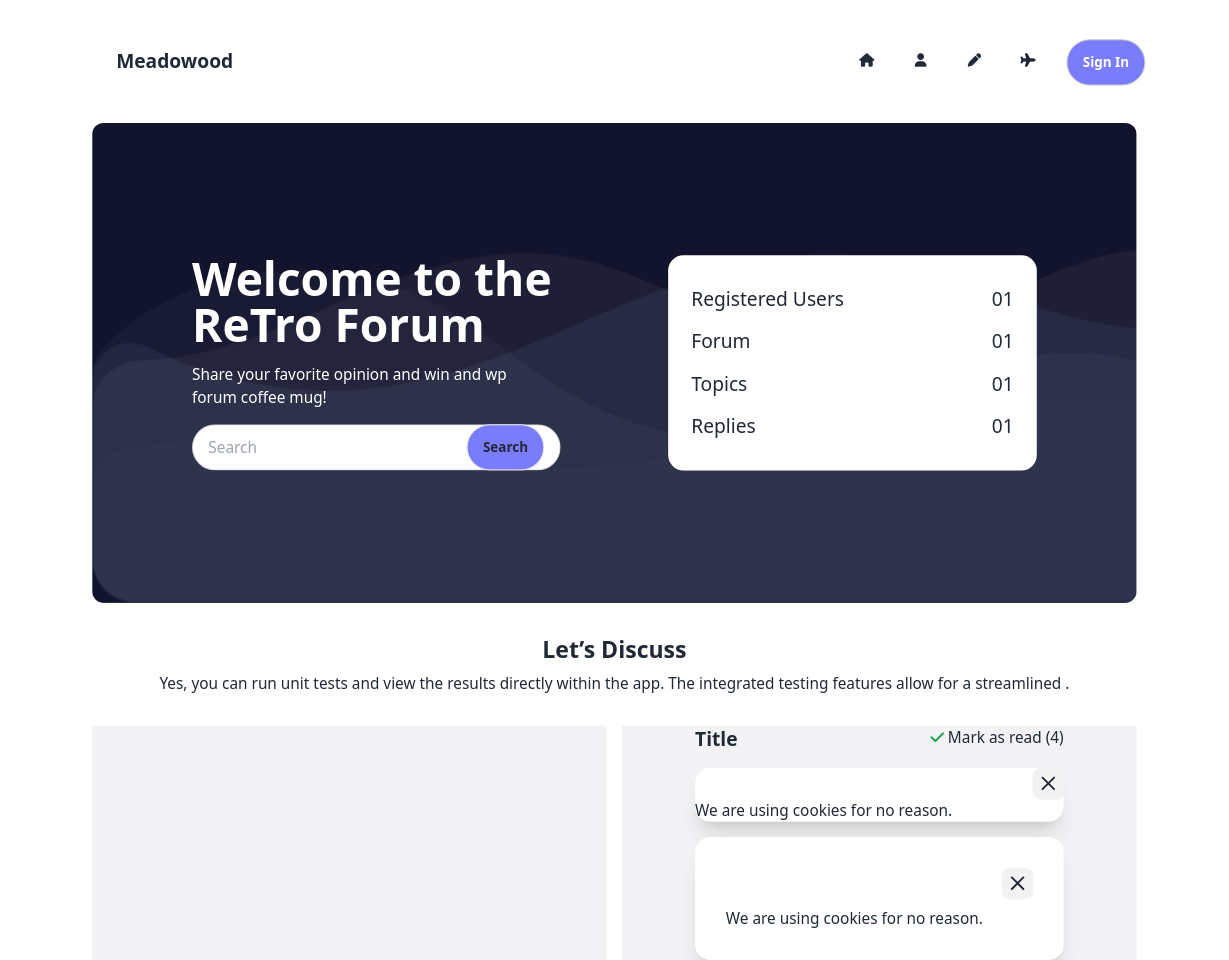
Repository: RudrasahaDibos/Meadowood-Forum
Page: index.html
These files come from the project's save history. The page is drawn as it stood at one moment and after the next save; the edit follows.
The browser window is 1280 px wide. The pictures show the whole page, at 96% of full size.
The page's requests for data from a server got no answer. Some web libraries are served in a nearby version.

Above is the page before, as saved 2024-11-24 22:32:41.

### index.html
<!DOCTYPE html>
<html lang="en">
    <head>
        <meta charset="UTF-8">
        <meta name="viewport" content="width=device-width, initial-scale=1.0">
        <title>Meadowood Forum</title>

        <!-- tailwind  -->
        <link
            href="https://cdn.jsdelivr.net/npm/daisyui@4.12.14/dist/full.min.css"
            rel="stylesheet" type="text/css" />
        <script src="https://cdn.tailwindcss.com"></script>

        <!-- font awesome  -->
        <link rel="stylesheet"
            href="https://cdnjs.cloudflare.com/ajax/libs/font-awesome/6.7.1/css/all.min.css"
            integrity="sha512-5Hs3dF2AEPkpNAR7UiOHba+lRSJNeM2ECkwxUIxC1Q/FLycGTbNapWXB4tP889k5T5Ju8fs4b1P5z/iB4nMfSQ=="
            crossorigin="anonymous" referrerpolicy="no-referrer" />

    </head>
    <body class="container mx-auto lg:px-24 px-8">
        <!-- header is start here  -->
        <header class="mt-8">
            <!-- navbar is start here  -->
            <div class="navbar bg-base-100">
                <div class="flex-1">
                    <a class="btn btn-ghost text-xl">Meadowood</a>
                </div>
                <div class="flex-none">
                    <div class="dropdown dropdown-end mr-6">
                        <div role="button"
                            class="btn btn-ghost btn-circle flex w-full  ">
                            <div
                                class="indicator rounded-full border-1 h-8 w-8 mr-4 tooltip"
                                data-tip="home">
                                <i
                                    class="fa-solid fa-house h-5 w-5 mx-auto mt-2"></i>
                            </div>
                            <div
                                class="indicator rounded-full border-1 h-8 w-8 mr-4 tooltip"
                                data-tip="User">
                                <i
                                    class="fa-solid fa-user h-5 w-5 mx-auto mt-2"></i>
                            </div>
                            <div
                                class="indicator rounded-full border-1 h-8 w-8 mr-4 tooltip"
                                data-tip="pen">
                                <i
                                    class="fa-solid fa-pen h-5 w-5 mx-auto mt-2"></i>
                            </div>
                            <div
                                class="indicator rounded-full border-1 h-8 w-8 mr-4 tooltip"
                                data-tip="flight">
                                <i
                                    class="fa-solid fa-plane h-5 w-5 mx-auto mt-2"></i>
                            </div>
                        </div>

                    </div>
                    <div class="dropdown dropdown-end">
                        <div tabindex="0" role="button"
                            class="btn btn-ghost btn-circle avatar">

                            <button
                                class="btn btn-active bg-[#797DFC] text-white rounded-full ">Sign
                                In</button>

                        </div>
                        <ul
                            tabindex="0"
                            class="menu menu-sm dropdown-content bg-base-100 rounded-box z-[1] mt-3 w-52 p-2 shadow">
                            <li>
                                <a class="justify-between">
                                    Profile
                                    <span class="badge">New</span>
                                </a>
                            </li>
                            <li><a>Settings</a></li>
                            <li><a>Logout</a></li>
                        </ul>
                    </div>
                </div>
            </div>
            <!-- navbar is  end here  -->

            <!-- bannner start here  -->
            <div
                class="lg:w-full w-[450px] relative bg-no-repeat bg-cover h-[500px] z-0 rounded-xl overflow-hidden mt-8 bg-[#12132D]"
                style="background-image: url('/images/bgbanner.png');">
                <div
                    class="relative top-0 left-0 w-full h-full z-10  flex lg:flex-row flex-col justify-center items-center gap-28 ">

                    <div class="lg:space-y-4 space-y-2 lg:mt-0 mt-20">
                        <h2
                            class="lg:text-5xl text-xl font-extrabold font-manrope text-white">Welcome
                            to the <br> ReTro Forum</h2>
                        <p class="text-white">Share your favorite opinion and
                            win and wp <br> forum coffee mug!</p>
                        <label
                            class="input input-bordered flex items-center gap-2 w-96 rounded-full">
                            <input type="text" class="grow"
                                placeholder="Search" />
                            <button
                                class="btn bg-[#797DFC] rounded-full">Search</button>
                        </label>
                    </div>

                    <div
                        class="menu bg-[#FFFFFF] rounded-box w-96 h-56 lg:mb-0 mb-20">
                        <div class="p-4 space-y-4 mt-2 ">

                            <div class="flex justify-between"><a
                                    class="text-xl ">Registered Users</a><a
                                    class="text-xl ">01</a></div>
                            <div class="flex justify-between"><a
                                    class="text-xl ">Forum</a><a
                                    class="text-xl">01</a></div>
                            <div class="flex justify-between"><a
                                    class="text-xl ">Topics</a><a
                                    class="text-xl">01</a></div>
                            <div class="flex justify-between"><a
                                    class="text-xl ">Replies</a><a
                                    class="text-xl ">01</a></div>
                        </div>
                    </div>

                </div>
            </div>
            <!-- bannner end here  -->

        </header>
        <!-- header is end here  -->

        <!-- main is start here  -->
        <main class="">
            <!-- Let’s Discuss  starts here  -->
           <div class="ml-4 lg:ml-0">
            <h1 class="text-2xl text-center font-semibold mt-8">Let’s Discuss</h1>
            <p class="text-center mx-auto mt-2 ">Yes, you can run unit tests and view the results directly within
                the app. The integrated testing features allow for a streamlined
                .</p>
           </div>
            <!-- Let’s Discuss start here -->
            <section class="mt-8">
                <!-- card start here -->
                    <div class="flex gap-4 flex-col lg:flex-row  ">
                        <div  id="card-conatiner" class="space-y-4 bg-[#F3F3F5] lg:w-full  w-[450px]  ">


                        </div>

                        <!-- card ends here -->

                        <div class="space-y-4 bg-[#F3F3F5] lg:w-full w-96 flex flex-col  items-center ">
                             <div class="flex gap-4 justify-between w-96">
                                <p class="text-xl font-bold">Title</p>
                                <p><i class="fa-solid fa-check text-green-600"></i> Mark as read (4)</p>
                             </div>
                            <div id="secondcard-container" class="card bg-base-100 w-96 shadow-xl mt-4">

                                  <div class="card-actions justify-end">
                                    <button class="btn btn-square btn-sm">
                                      <svg
                                        xmlns="http://www.w3.org/2000/svg"
                                        class="h-6 w-6"
                                        fill="none"
                                        viewBox="0 0 24 24"
                                        stroke="currentColor">
                                        <path
                                          stroke-linecap="round"
                                          stroke-linejoin="round"
                                          stroke-width="2"
                                          d="M6 18L18 6M6 6l12 12" />
                                      </svg>
                                    </button>
                                  </div>
                                  <p>We are using cookies for no reason.</p>

                              </div>


                              <div class="card bg-base-100 w-96 shadow-xl">
                                <div class="card-body">
                                  <div class="card-actions justify-end">
                                    <button class="btn btn-square btn-sm">
                                      <svg
                                        xmlns="http://www.w3.org/2000/svg"
                                        class="h-6 w-6"
                                        fill="none"
                                        viewBox="0 0 24 24"
                                        stroke="currentColor">
                                        <path
                                          stroke-linecap="round"
                                          stroke-linejoin="round"
                                          stroke-width="2"
                                          d="M6 18L18 6M6 6l12 12" />
                                      </svg>
                                    </button>
                                  </div>
                                  <p>We are using cookies for no reason.</p>
                                </div>
                              </div>
                        </div>
                    </div>
                    <!-- card end here -->
            </section>




        </main>
        <!-- main is end here  -->

        <!-- footer is start here  -->

        <!-- footer is end here  -->
         <script src="app.js"></script>
    </body>
</html>

### app.js
const loadforum = async() =>{
    const res = await fetch('https://openapi.programming-hero.com/api/retro-forum/posts')
    const data =await res.json()
    const CardContainer = document.getElementById('card-conatiner')

    data.posts.forEach(items => {
         const div = document.createElement('div')
         div.classList = `card card-side bg-base-100 shadow-xl`
         div.innerHTML =`
         <div class="avatar indicator">
                                        <span class="indicator-item ml-16 mt-4  indicator-start badge badge-secondary">${items.isActive}</span>
                                        <div class="lg:h-20 lg:ml-2 lg:mt-3 lg:w-full lg:mx-auto lg:rounded-3xl rounded-full h-20 ">
                                          <img
                                            alt="Tailwind CSS examples"
                                            src="${items.image}" />
                                        </div>
                                      </div>

                                <div class="card-body">
                                    <div class="flex justify-between">
                                        <p>#${items.category}</p>
                                        <p>Author : ${items.author.name}</p>
                                    </div>
                                  <h2 class="card-title">${items.title}</h2>
                                  <p>${items.description}</p>
                                   <p class="border-2 border-dotted "></p>
                                    <div class="flex justify-between">
                                        <div class="flex gap-4 ">
                                       <p class="flex justify-center items-center gap-2"><i class="fa-regular fa-message"></i>${items.comment_count}</p>
                                        <p class="flex justify-center items-center gap-2"><i class="fa-regular fa-eye"></i>${items.posted_time}</p>
                                        <p class="flex justify-center items-center gap-2"><i class="fa-regular fa-compass"></i>${items.view_count}</p>
                                        </div>
                                        <div class=" bg-green-600 h-10 w-10 rounded-full">
                                        <button onClick="handledetails('${items.id}')"><i class="fa-solid fa-envelope text-white flex justify-center items-center ml-3 mt-3"></i> </button>

                                        </div>
                                    </div>

                                </div>


         `
         CardContainer.appendChild(div)
    });
}

  const handledetails = async(id) =>{
    console.log(id)
    const res = await fetch(' https://openapi.programming-hero.com/api/retro-forum/posts')
    const data =  await res.json()
    const items = data.posts
    const secondcard = document.getElementById('secondcard-container')
    items.forEach(item => {
        console.log(item)
        const div = document.createElement('div')
        div.classList = `card-body`
        div.innerHTML = `
        <div class="card-actions justify-end">
                                    <button class="btn btn-square btn-sm">
                                      <svg
                                        xmlns="http://www.w3.org/2000/svg"
                                        class="h-6 w-6"
                                        fill="none"
                                        viewBox="0 0 24 24"
                                        stroke="currentColor">
                                        <path
                                          stroke-linecap="round"
                                          stroke-linejoin="round"
                                          stroke-width="2"
                                          d="M6 18L18 6M6 6l12 12" />
                                      </svg>
                                    </button>
                                  </div>
                                  <p>We are using cookies for no reason.</p>
        `
        secondcard.appendChild(div)
    })

  }

loadforum()

After the next save:
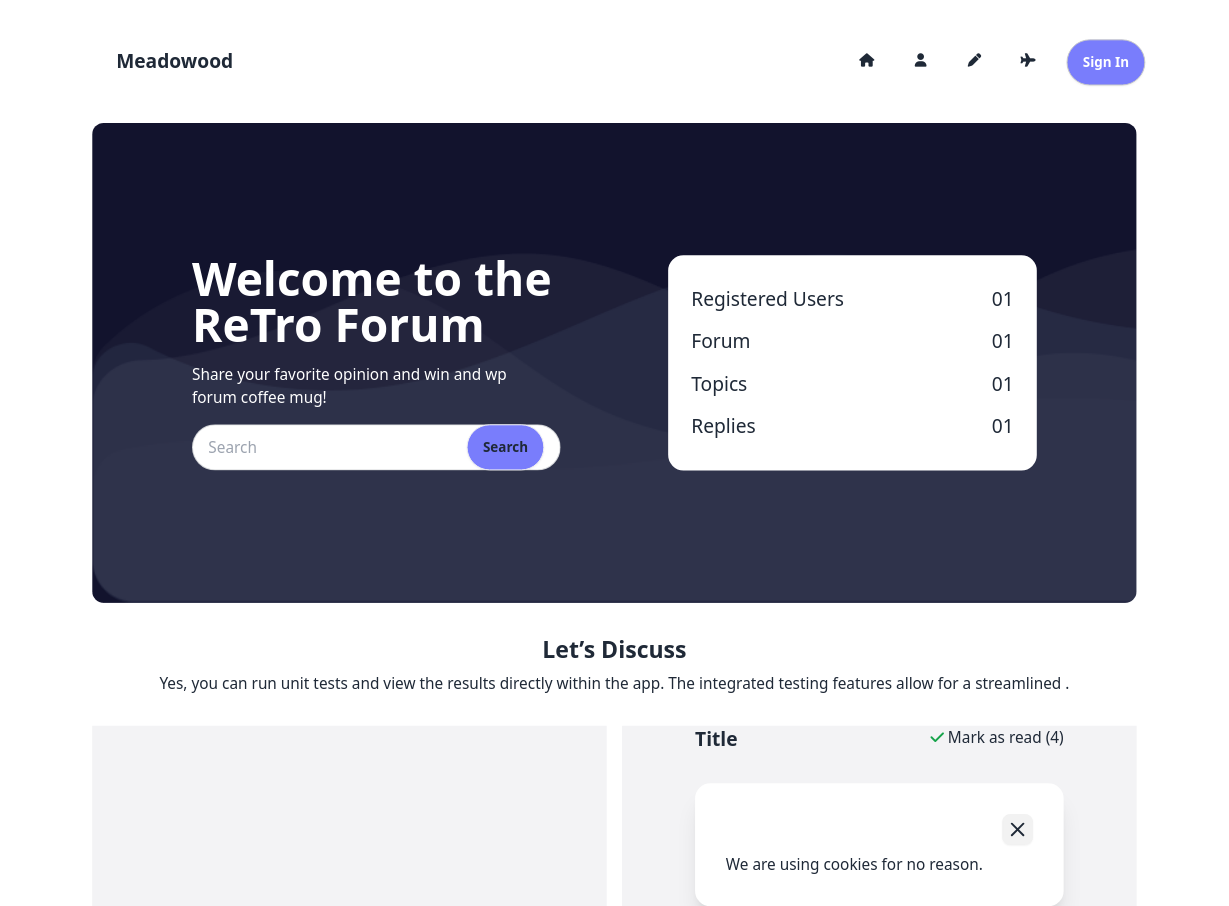
Saved 29 s later.
--- a/index.html
+++ b/index.html
@@ -158,23 +158,7 @@
                              </div>
                             <div id="secondcard-container" class="card bg-base-100 w-96 shadow-xl mt-4">
 
-                                  <div class="card-actions justify-end">
-                                    <button class="btn btn-square btn-sm">
-                                      <svg
-                                        xmlns="http://www.w3.org/2000/svg"
-                                        class="h-6 w-6"
-                                        fill="none"
-                                        viewBox="0 0 24 24"
-                                        stroke="currentColor">
-                                        <path
-                                          stroke-linecap="round"
-                                          stroke-linejoin="round"
-                                          stroke-width="2"
-                                          d="M6 18L18 6M6 6l12 12" />
-                                      </svg>
-                                    </button>
-                                  </div>
-                                  <p>We are using cookies for no reason.</p>
+
 
                               </div>
 
